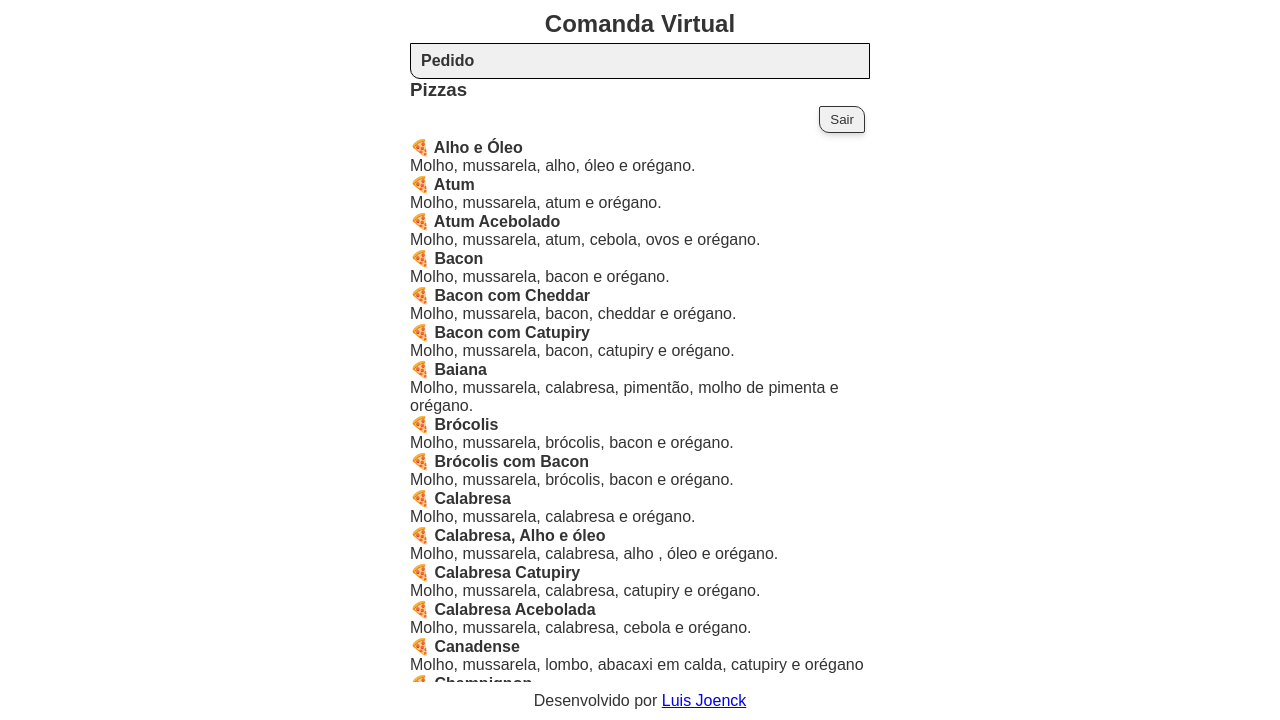
Repository: Joenck91/front-comanda-virtual
Page: index.html
An editor plug-in stored every save of this project. The page is shown before and after the next save, followed by the edit.
The browser window is 1280 px wide. The pictures show the whole page.
An inner scrolling area shows only its first screen.

Above is the page before, as saved 2025-10-05 14:25:33.

### index.html
<!DOCTYPE html>
<html lang="pt-br">
<head>
    <meta charset="UTF-8">
    <meta name="viewport" content="width=device-width, initial-scale=1.0">
    <title>Virtual Command</title>
    <link rel="stylesheet" href="style/base.css">
    <link rel="stylesheet" href="style/layout.css">
    <link rel="stylesheet" href="style/modules.css">
    <link rel="stylesheet" href="style/themes.css">
    <link rel="stylesheet" href="style/responsive.css">
</head>
<body class="body-style">
    <header>
        <div class="title-buttons">
            <h2>Comanda Virtual</h2>
        </div>
        <div class="command-box" id="total">
            <p><strong>Pedido</strong></h2>
            <!--CRIAR ESTRUTURA DE PEDIDO COM JSON-->
            <div class="ordered-itens" id="ordered-items">
                <!--Aqui vão aparecer os itens pedidos-->



            </div>
        </div>
    </header>

    <main>
        <!-- Cardápio-->
        <div class="view-menu-box" id="view-menu-box"></div>
        <!-- Formulário de Pizzas-->
        <form class="unit-pizza-box">

            <!-- Borda recheada -->
            <div class="border-pizza-box pad-bot-10">
                <label for="border"><h4>Borda Recheada:</h4></label>
                <select name="border" id="border">
                    <option value="" selected >Escolha uma borda</option>
                </select>
            </div>

            <!-- Tamanho da pizza -->
            <div class="size-pizza-box pad-bot-10">
                <label for="size"><h4>Tamanho:</h4></label>
                <select name="size" id="size">
                    <option value="" selected >Escolha um Tamanho</option>
                </select>
            </div>

            <!-- Sabores -->
            <div id="choose-pizza-box" class="choose-pizza-box pad-bot-10">
                <button type="button" class="buttons-style view-menu-button" id="view-menu"><strong>Ver Cardápio</strong></button>
                <label for="flavors"><h4>Sabores:</h4></label>
                <select name="flavors" id="flavor_one" class="flavor_one">
                    <option value="" selected >Escolha um sabor</option>
                </select>
                <select name="flavors" id="flavor_two" class="flavor_two">
                    <option value="" selected >Escolha um sabor</option>
                </select>
                <select name="flavors" id="flavor_three" class="flavor_three">
                    <option value="" selected >Escolha um sabor</option>
                </select>
                <select name="flavors" id="flavor_four" class="flavor_four">
                    <option value="" selected >Escolha um sabor</option>
                </select>
            </div>

            <button type="submit" class="buttons-style"><strong>Adicionar á Comanda</strong></button>
        </form>

        <!-- Formulário de Bebidas -->
        <form class="command-drink">
            <div class="choose-drink-box">
                <label for="drinks"><h4>Bebidas:</h4></label>
                <select name="drinks" id="">
                    <option value="drinks">Selecione uma bebida.</option>
                </select>
            </div>
            <div class="unit-input-drink">
                <label for="unit-drink"><h5>Quantidade:</h5></label>
                <input type="number" name="unit-drink" id="unit-drink" min="1" value="1" required>
            </div>
            <button type="submit" class="buttons-style"><strong>Adicionar á Comanda</strong></button>
        </form>
    </main>
    <footer>
        <p>Desenvolvido por <a href="www.instagram.com/joenckluis">Luis Joenck</a></p>
    </footer>

<script type="module" src="script/main.js"></script>
</body>
</html>

### style/base.css
*{
    margin:0;
    padding:0;
    box-sizing:border-box;
}
html, body{
    width:100%;
    height: 100%;
    display:flex;
    flex-direction:column;
    align-items: center;
    justify-content: start;
    overflow: auto;
    font-family: Arial, Helvetica, sans-serif;
    color: #333;
}
body{
    max-width: 500px;
}
header{
    width: 100%;
    display: flex;
    flex-direction: column;
    justify-content: center;
    align-items: center;
    padding: 10px 20px 0 20px;
    top:0;
    left: 0;
    z-index: 1000;
    background-color: white;
}
main{
    flex: 1;
    overflow: auto;
    margin: 0 auto;
    padding: 0 20px;
    border-radius: 4px;
    width: 100%;
    max-width: 100%;
    position: relative;
}
h1{
    padding-bottom: 15px;
}
h2{
    padding-bottom: 5px;
}
li{
    font-style: italic;
}
button{
    background-color: #ccc;
    color: #333;
    padding: 5px 10px;
    border: 1px solid #333;
    border-radius: 5px;
    margin:5px;
    box-shadow: 0 4px 6px rgba(0, 0, 0, 0.1),
    0 2px 4px rgba(0, 0, 0, 0.06);
}
button:hover{
    cursor:pointer;
}
select{
    margin-bottom: 5px;
    padding: 5px 0;
    font-size: 12px;
}
label{
    margin-right: 5px;
}
input[type="number"] {
    font-size: 12px;
    padding: 2px;
    width: 5ch;
}
input:hover{
    cursor: pointer;
}
option p{
    background-color: #f0f0f0;
    padding: 5px;
}
footer{
    padding: 10px;
}

### style/layout.css
/*-----------------------------------------------------------------------------*/
/*                               HEADER                                        */
/*-----------------------------------------------------------------------------*/

/*-----------------------------------------------------------------------------*/
/*                          PEDIDO                                     */
/*-----------------------------------------------------------------------------*/
.command-box{
    background-color:#f0f0f0;
    width: 100%;
    padding: 8px 10px;
    height: fit-content;
    border-bottom-left-radius: 10px;
    border: 1px solid black;
    display: flex;
    flex-direction: column;
}
.command-box h2{
    text-align: center;
    margin-bottom: 10px;
}
.ordered-item{
    border: 1px dashed #333;
    padding: 5px;
    margin: 5px 0;
    min-width: 100%;

/*-----------------------------------------------------------------------------*/
/*                              CARDÁPIO                                       */
/*-----------------------------------------------------------------------------*/
.view-menu-box{/*pagina do cardápio*/
    position: absolute;
    right: 20px;
    left: 20px;
    background-color:rgb(255, 244, 227);
    padding: 10px;
    width: fit-content;
    max-width: 94%;
    height: 80vh;
    overflow: auto;
    border-radius: 15px;
    display: none;
    flex-direction: column;
    box-shadow: 0 4px 8px #00000033;
    z-index: 1000;
    outline: 1px dashed #333;
}
.menu-title{/*titulos do cardápio 'pizzas/bebidas*/
    border-bottom: 2px dashed black;
    text-align: center;
    padding: 3px;
    margin: 15px 0;
}
.menu-item{/*Itens do menu*/
    margin: 3px 0;
}
.pizza-description{/*Descrições de cada item*/
    margin-left: 25px;
}
/*-----------------------------------------------------------------------------*/
/*                        UNIDADE DE PIZZA                                     */
/*-----------------------------------------------------------------------------*/
.unit-pizza-box{/*Div pai com as opções de escolhas de uma pizza.*/
    outline: 1px dashed #777;
    padding: 10px;
    margin: 15px 0;
}
.border-pizza-box, .size-pizza-box{/*Box com opções de bordas*/

    display: flex;
    flex-direction: column;
    width: fit-content;
    align-items: start;
}
.choose-pizza-box{/*box referente aos campos para escolher sabores*/
    display: flex;
    flex-direction: column;
    position: relative;
}
.flavor_three, .flavor_four{/*Referente ao terceiro e quarto sabro que só devem aparecer conforme escolha de tamanhos.*/
    display: none;
}
/*-----------------------------------------------------------------------------*/
/*                        UNIDADE DE BEBIDA                                    */
/*-----------------------------------------------------------------------------*/
.command-drink{/*Div pai com as opções de escolhas de uma bebida*/
    outline: 1px dashed #333;
    padding: 10px;
    margin: 15px 0;
}
.choose-drink-box, .unit-input-drink{
    display: flex;
    flex-direction: row;
    align-items: center;
}
.unit-input-drink{
    padding-bottom: 10px;
}

### style/modules.css
/*-----------------------------------------------------------------------------*/
/*                             BOTÕES                                          */
/*-----------------------------------------------------------------------------*/
.view-menu-button{
    position: absolute;
    top: -120px;
    right: 5px;;
}
.menu-exit{/*botão que fecha o cardápio*/
    display: flex;
    position: sticky;
    top:0;
    width: fit-content;
    margin-left: auto;
    background-color: #f0f0f0;
    box-shadow: 0 4px 6px rgba(0, 0, 0, 0.1),
    0 2px 4px rgba(0, 0, 0, 0.06);
    border-radius: 2px 10px;
}
.buttons-style{/*Estilo para os botões*/
    width: fit-content;
    outline: 1px dashed #777;
    border: none;
    border-radius: 10px 5px;
    background-color: white;
    font-style: italic;
}
/*-----------------------------------------------------------------------------*/
/*                     PARA VÁRIOS ELEMENTOS                                   */
/*-----------------------------------------------------------------------------*/
.pad-bot-10{
    padding-bottom: 10px;
}

### script/main.js
import viewMenuBox from "./interface/view-menu.js";
import menuShowClose from "./buttons/menu-show-close.js";
import * as inputsContent from "./interface/inputs-contents.js"
import chooseSize from "./interface/choose-sizes.js";
import * as writingOrders from "./command/orders.js";

//Funções que precisam acessar json.
document.addEventListener('DOMContentLoaded', ()=>{
    // Faz uma requisição GET para a rota /api/menu para buscar os dados do cardápio.
    fetch('./data/menu.json')
    .then(res => res.json()) // Converte a resposta para JSON.
    .then(menu => {


        viewMenuBox(menu);  //Carrega menu.
        menuShowClose();    //Abre e fecha cardápio.
        inputsContent.showBorders(menu.borders);//Opções de bordas
        inputsContent.showsizes(menu.sizes);//Opções de tamanhos
        inputsContent.showFlavors(menu.pizzas);//Opções de pizzas
        inputsContent.showDrinks(menu.drinks);  //Opções de bebidas
        chooseSize();//Define quantidade de sabores de acordo com o tamanho selecionado.
        writingOrders.writingOrder(menu);//Armazena as opçoes escolhidas pelo usuário na variável orders


    })
    .catch(err => console.error('Erro ao carregar menu:', err));// Captura e exibe no console qualquer erro ocorrido ao carregar o menu.
});

### script/interface/view-menu.js
/* ********FUNÇÃO QUE CRIA O CARDÁPIO ******** */


export default function viewMenuBox (menu){
  const box = document.getElementById('view-menu-box');
        box.innerHTML = ''; // Limpa o conteúdo da div

        //Cria o titula Pizzas
        const titlePizza = document.createElement('h3');
        titlePizza.classList.add('menu-title');
        titlePizza.textContent = 'Pizzas';
        box.appendChild(titlePizza);

        const exit = document.createElement('button');
        exit.type ='button';
        exit.classList.add('menu-exit')
        exit.classList.add('exit-delete')
        exit.id = 'menuExit';
        exit.textContent = 'Sair';
        box.appendChild(exit);

        // Cria a lista das pizzas
        menu.pizzas.forEach(pizza => {
          const pizzaDiv = document.createElement('div');
          pizzaDiv.classList.add('menu-item'); // você pode estilizar no CSS

          const pizzaTitle = document.createElement('h4');
          pizzaTitle.textContent = `🍕 ${pizza.name}`;

          const pizzaDesc = document.createElement('p');
          pizzaDesc.classList.add('pizza-description')
          pizzaDesc.textContent = pizza.description;

          pizzaDiv.appendChild(pizzaTitle);
          pizzaDiv.appendChild(pizzaDesc);
          box.appendChild(pizzaDiv);
        });

        //Cria o titulo Bebidas
        const titleDrink = document.createElement('h3');
        titleDrink.classList.add('title');
        titleDrink.textContent = 'Bebidas';
        box.appendChild(titleDrink);

        //Cria a lista das bebidas
        menu.drinks.forEach(drink => {
          const drinkDiv = document.createElement('div');
          drinkDiv.classList.add('item');

          const drinkTitle = document.createElement('h4');
          drinkTitle.textContent = `🥤 ${drink.name} - R$ ${drink.price.toFixed(2)}`;

          drinkDiv.appendChild(drinkTitle);
          box.appendChild(drinkDiv);
        });
};

### script/buttons/menu-show-close.js

//Função para mostrar cardápiio e fechar cardápio
export default function menuShowClose (){
    const viewMenu = document.getElementById('view-menu');//Identifica o botão com "Ver cardápio"
    const closeMenu = document.getElementById('menuExit');//Identifica botão "sair" do cardápio.
    const menuBox = document.querySelector('.view-menu-box');//Identifica div que mostra cardápio

    viewMenu.addEventListener('click',()=>{//Escuta o evento de clique no botão "Ver cardápio"
        console.log("abrir")
        menuBox.style.display = 'flex';
    });
    closeMenu.addEventListener('click', ()=>{//Escuta o evento clique no botão "sair"
       console.log("sair");
        menuBox.style.display = 'none';
    });
};

### script/interface/inputs-contents.js
// Funções para preencher os selects
function showsizes(sizes) {
    const selectSizes = document.getElementById("size");
    sizes.forEach(size => {
        const option = document.createElement("option");
        option.value = size.name;
        option.textContent = `${size.name} - R$${size.price.toFixed(2)}`;
        selectSizes.appendChild(option);
    });
}

function showFlavors(pizzas) {
    const selectsFlavors = [
        document.getElementById("flavor_one"),
        document.getElementById("flavor_two"),
        document.getElementById("flavor_three"),
        document.getElementById("flavor_four")
    ];

    selectsFlavors.forEach(select => {
        pizzas.forEach(pizza => {
            const option = document.createElement("option");
            option.value = pizza.name;
            option.textContent = pizza.name;
            select.appendChild(option);
        });
    });
}

function showBorders(borders) {
    const selectBorder = document.getElementById("border");
    borders.forEach(border => {
        const option = document.createElement("option");
        option.value = border.name;
        option.textContent = `${border.name} - R$${border.price.toFixed(2)}`;
        selectBorder.appendChild(option);
    });
}

function showDrinks(drinks) {
    const selectDrinks = document.querySelector('.command-drink select');
    drinks.forEach(drink => {
        const option = document.createElement("option");
        option.value = drink.name;
        option.textContent = `${drink.name} - R$${drink.price.toFixed(2)}`;
        selectDrinks.appendChild(option);
    });
}

export {showBorders, showsizes, showFlavors, showDrinks};

### script/interface/choose-sizes.js
// Pega o select de tamanho
const selectSize = document.getElementById("size");

// Variável para armazenar o tamanho selecionado
let sizeChecked = "";

//Função para exibir os sabores de acordo com a escolha do tamanho da pizza
function updateFlavor(size) {
    document.querySelector('.flavor_three').style.display = (size === 'GRANDE(3 sabores, 12 fatias, 35cm)' || size === 'GIGANTE(4 sabores, 16 fatias, 40cm)' || size === 'KING(4 sabores, 20 fatias, 45cm)') ? 'flex' : 'none';//Se o tamanho for grande, gigante e king: aparece o terceiro sabor
    document.querySelector('.flavor_four').style.display = (size === 'GIGANTE(4 sabores, 16 fatias, 40cm)' || size === 'KING(4 sabores, 20 fatias, 45cm)') ? 'flex' : 'none';//Se o tamanho for gigante e king: aparece o quarto sabor.
}

export default function chooseSizes (){
        // Escuta quando o usuário muda a opção
    selectSize.addEventListener("change", (event) => {
        sizeChecked = event.target.value; // aqui está o valor selecionado
        updateFlavor(sizeChecked);
    });
};

### script/command/orders.js
import  showItems from "../interface/command-box/show-items.js";
//Array que guarda todos os pedidos da sessão
let notedOrder = {
    pizzas: [],
    drinks: []
};

function writingOrder (menu){
    // Captura o envio do formulário de pizza
    const formPizza = document.querySelector('.unit-pizza-box');
    formPizza.addEventListener('submit', (e) => {
        e.preventDefault(); // evita reload da página
        //código aqui

        const pizzaOrder = {
            pizza: document.getElementById('size').value,
            borda: document.getElementById('border').value,
            sabores: [
                document.getElementById('flavor_one').value,
                document.getElementById('flavor_two').value,
                document.getElementById('flavor_three').value,
                document.getElementById('flavor_four').value
            ].filter(s => s), // remove strings vazias
        };

        // Adiciona ao array de pedidos
        notedOrder.pizzas.push(pizzaOrder);

        // Atualiza a exibição dos itens pedidos
        showItems(notedOrder);


        console.log(notedOrder);


    });

    //Captura o envio do formulário de bebidas
    const formDrinks = document.querySelector('.command-drink');
    formDrinks.addEventListener('submit', (e) =>{
        e.preventDefault(); //evita reload da página
        //código aqui
        const drinkOrder = {
            bebida: document.querySelector('.command-drink select').value,
            quantidadeBebida: parseInt(document.getElementById('unit-drink').value, 10)
        };

        // Adiciona ao array de pedidos
        notedOrder.drinks.push(drinkOrder);
        // Atualiza a exibição dos itens pedidos
        showItems(notedOrder);


        console.log(notedOrder);
    });

};

export {writingOrder, notedOrder};

### script/interface/command-box/show-items.js

//função que mostra os itens pedidos na interface
export default function showItems(notedOrder){
    const orderedItemsDiv = document.getElementById('ordered-items');
    orderedItemsDiv.innerHTML = ''; // Limpa o conteúdo anterior

    // Mostra pizzas
    notedOrder.pizzas.forEach((pizza, index) => {
        const pizzaDiv = document.createElement('div');
        pizzaDiv.classList.add('ordered-item');
        pizzaDiv.innerHTML = `
            <h4>Pizza ${index + 1}</h4>
            <p><strong>Tamanho:</strong> ${pizza.pizza}</p>
            <p><strong>Borda:</strong> ${pizza.borda}</p>
            <p><strong>Sabor(es):</strong> ${pizza.sabores.join(', ')}</p>
        `;
        orderedItemsDiv.appendChild(pizzaDiv);
    });

    // Mostra bebidas
    notedOrder.drinks.forEach((drink, index) => {
        const drinkDiv = document.createElement('div');
        drinkDiv.classList.add('ordered-item');
        drinkDiv.innerHTML = `
            <h4>Bebida ${index + 1}</h4>
            <p><strong>Tipo:</strong> ${drink.bebida}</p>
            <p><strong>Quantidade:</strong> ${drink.quantidadeBebida}</p>
        `;
        orderedItemsDiv.appendChild(drinkDiv);
    });
};

Loaded but not shown: data/menu.json (282 lines, source omitted); style/themes.css (no stored copy; drawn as an empty file); style/responsive.css (no stored copy; drawn as an empty file)

After the next save:
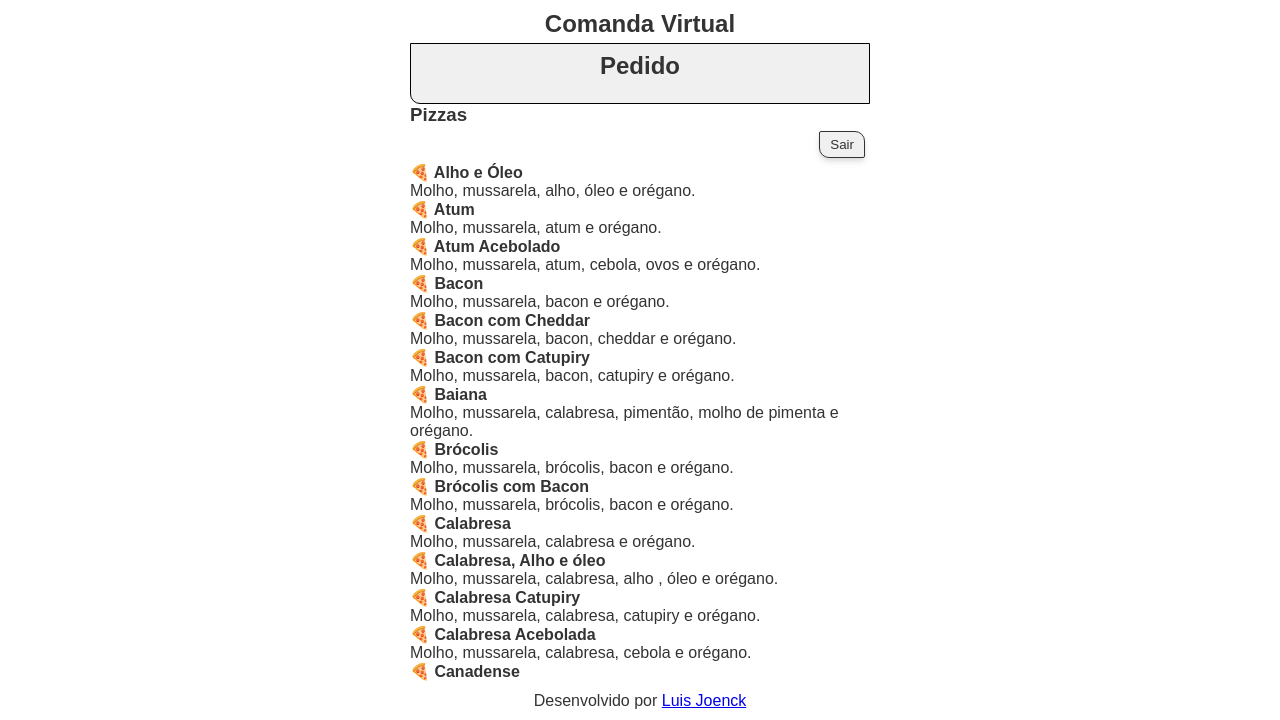
Saved 27 s later.
--- a/index.html
+++ b/index.html
@@ -16,8 +16,7 @@
             <h2>Comanda Virtual</h2>
         </div>
         <div class="command-box" id="total">
-            <p><strong>Pedido</strong></h2>
-            <!--CRIAR ESTRUTURA DE PEDIDO COM JSON-->
+            <h2><strong>Pedido</strong></h2>
             <div class="ordered-itens" id="ordered-items">
                 <!--Aqui vão aparecer os itens pedidos-->
 

After the 2 saves that followed:
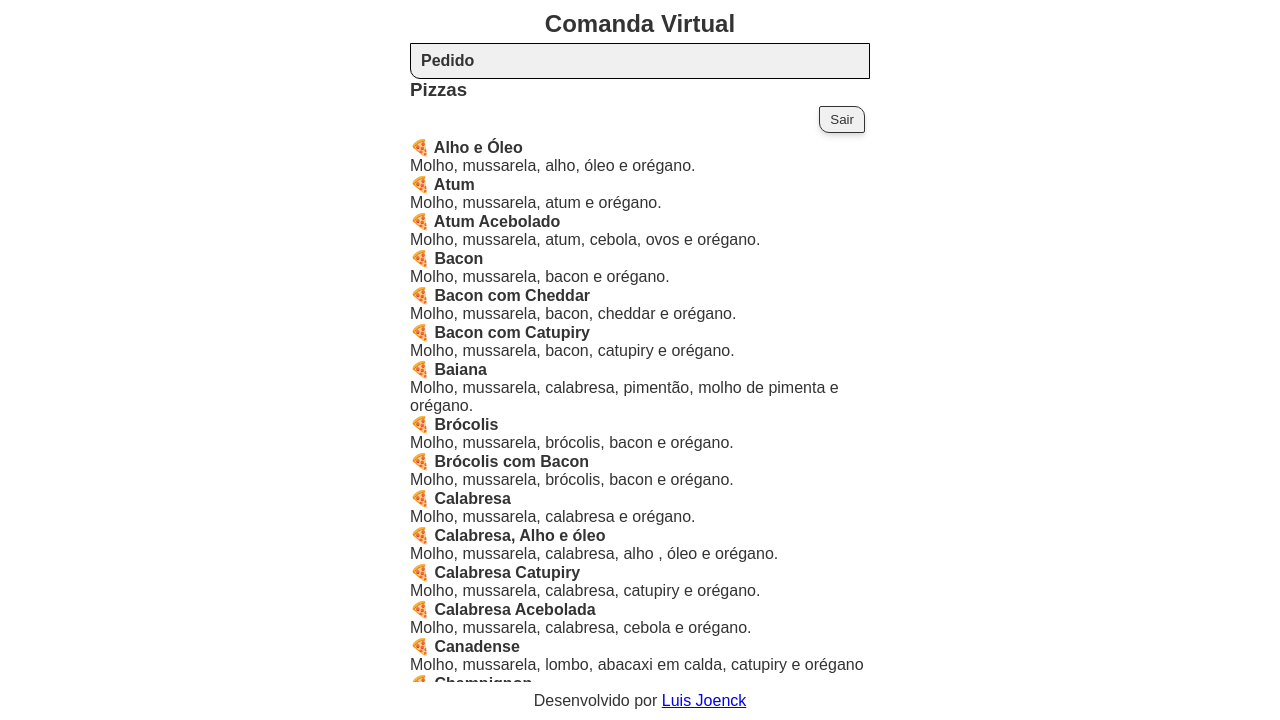
The 2 saves are shown as one change because 1 left the picture as it was.
The last was saved 36 s later.
--- a/index.html
+++ b/index.html
@@ -16,7 +16,8 @@
             <h2>Comanda Virtual</h2>
         </div>
         <div class="command-box" id="total">
-            <h2><strong>Pedido</strong></h2>
+            <p><strong>Pedido</strong></p>
+            <!--CRIAR ESTRUTURA DE PEDIDO COM JSON-->
             <div class="ordered-itens" id="ordered-items">
                 <!--Aqui vão aparecer os itens pedidos-->
 
